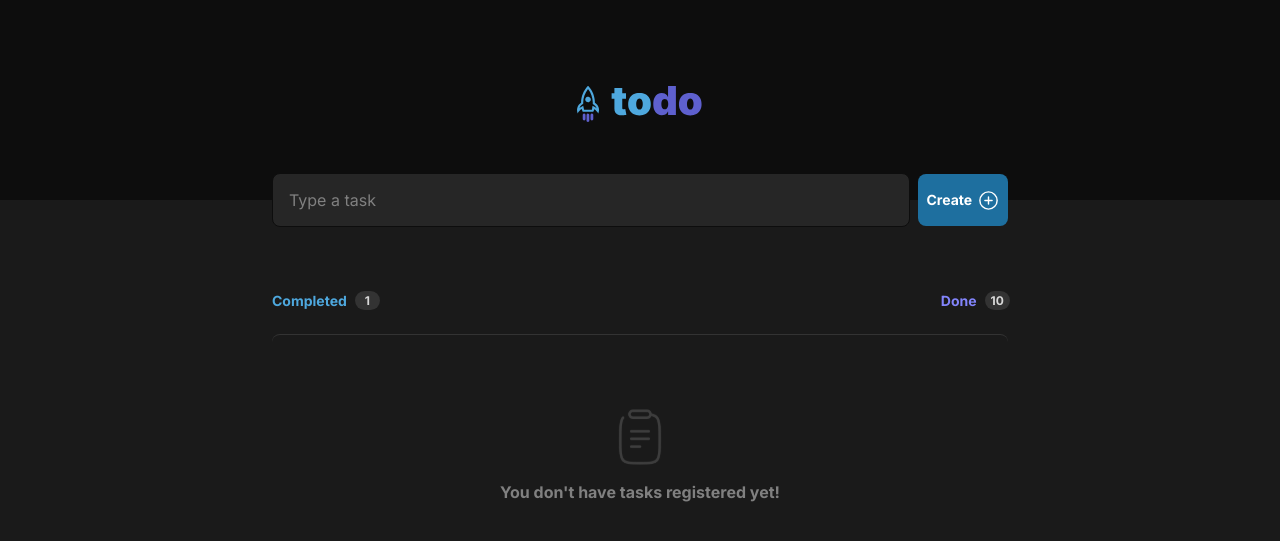
Repository: JoseGu1llardi/to-do-list-D01
Page: /
An editor plug-in stored every save of this project. The page is shown before and after the next save, followed by the edit.
The browser window is 1280 px wide. The pictures show the whole page.
The project was rebuilt for these pictures with package versions that can differ from the ones it lists, and the page was loaded fresh each time. Also part of the build but not shown: vite.config.ts.

Above is the page before, as saved 2023-03-11 19:14:44.

### index.html
<!DOCTYPE html>
<html lang="en">
  <head>
    <meta charset="UTF-8" />

    <link rel="preconnect" href="https://fonts.googleapis.com" />
    <link rel="preconnect" href="https://fonts.gstatic.com" crossorigin />

    <link
      href="https://fonts.googleapis.com/css2?family=Inter:wght@400;700&display=swap"
      rel="stylesheet"
    />

    <link rel="icon" type="image/svg+xml" href="/vite.svg" />
    <meta name="viewport" content="width=device-width, initial-scale=1.0" />
    <title>Vite + React + TS</title>
  </head>
  <body>
    <div id="root"></div>
    <script type="module" src="/src/main.tsx"></script>
  </body>
</html>

### src/App.tsx
import { Header } from "./components/Header"

import styles from './App.module.css';

import "./global.css"
import { Input } from "./components/Input";
import { Button } from "./components/Button";
import { Tasks } from "./components/Tasks";

function App() {
  return (
    <>
      <Header />

      <div className={styles.newTaskContainer}>
        <Input />
        <Button />
      </div>

      <div className={styles.tasksContainer}>
        <Tasks />
      </div>
    </>
  )
}

export default App

### src/components/Header/index.tsx
import Logo from '../../assets/Logo (1).svg'

import styles from './styles.module.css';

export function Header() {
    return (
        <header className={styles.container}>
            <img src={Logo} />
        </header>
    )
}

### src/App.module.css
.newTaskContainer {
  display: flex;
  flex-direction: row;
  align-items: center;
  padding: 0px;
  gap: 8px;

  position: absolute;
  width: 46rem;
  height: 3.375rem;
  left: calc(50% - 736px / 2);
  top: 10.8125rem;
}

.tasksContainer {
  display: flex;
  flex-direction: column;
  align-items: flex-start;
  padding: 0px;
  gap: 24px;

  position: absolute;
  width: 736px;
  height: 287px;
  left: calc(50% - 736px / 2);
  top: 291px;
}

### src/global.css
:root {
  // Base
  --gray-100: #f2f2f2;
  --gray-200: #d9d9d9;
  --gray-300: #808080;
  --gray-400: #333333;
  --gray-500: #262626;
  --gray-600: #1a1a1a;
  --gray-700: #0d0d0d;

  --danger: #e25858;

  // Product
  --purple: #8284fa;
  --dark-purple: #5e60ce;
  --blue: #4ea8de;
  --dark-blue: #1e6f9f;
}

* {
  margin: 0;
  padding: 0;
  box-sizing: border-box;
}

body {
  color: #fff;
  background: var(--gray-600);

  width: 100%;
  height: 100%;
  max-height: 1024px;
  position: relative;
}

body,
input,
textarea,
button {
  font-family: "Inter", sans-serif;
  font-weight: 400;
  font-size: 1rem;
}

### src/components/Input/index.tsx
import styles from './styles.module.css';

export function Input() {
    return (
        <input
            type="text"
            className={styles.input}
            placeholder='Type a task'
        />
    )
}

### src/components/Button/index.tsx
import { PlusCircle } from '@phosphor-icons/react'

import styles from './styles.module.css';

export function Button() {
    return (
        <button className={styles.button}>
            <span>Create</span>
            <PlusCircle size={23} />
        </button>
    )
}

### src/components/Tasks/index.tsx
import Clipboard from '../../assets/Clipboard.svg';

import styles from './styles.module.css';

export function Tasks() {
    return (
        <>
            <section className={styles.info}>

                <div className={styles.created}>
                    <span>Completed</span>
                    <div className={styles.counter}>
                        <p>1</p>
                    </div>
                </div>

                <div className={styles.done}>
                    <span>Done</span>
                    <div className={styles.counter}>
                        <p>10</p>
                    </div>
                </div>

            </section>

            <section className={styles.tasks}>
                <img src={Clipboard} alt="" />
                <p>
                    <strong>You don't have tasks registered yet!</strong>
                </p>
            </section>
        </>
    )
}

### src/components/Header/styles.module.css
.container {
  position: absolute;
  height: 12.5rem;
  max-width: 100%;
  left: 0;
  right: 0;
  top: 0;

  display: flex;
  align-items: center;
  justify-content: center;

  background: var(--gray-700);
}

.container img {
  position: absolute;
  width: 7.875rem;
  height: 3rem;
}

### src/components/Input/styles.module.css
.input {
  box-sizing: border-box;

  display: flex;
  flex-direction: row;
  align-items: center;
  padding: 16px;
  gap: 8px;

  width: 638px;
  height: 54px;

  background: var(--gray-500);
  color: #fff;

  border: 1px solid var(--gray-700);
  border-radius: 8px;

  flex: none;
  order: 0;
  flex-grow: 1;
}

.input::placeholder {
  color: var(--gray-300);
}

### src/components/Button/styles.module.css
.button {
  width: 90px;
  height: 52px;

  display: flex;
  flex-direction: row;
  align-items: center;
  justify-content: center;
  gap: 16px;

  border: 0;
  border-radius: 8px;

  background: var(--dark-blue);
  color: white;
}

.button span {
  width: 34px;
  height: 20px;

  font-weight: 700;
  font-size: 14px;
  line-height: 140%;

  color: var(--gray-100);

  flex: none;
  order: 0;
  flex-grow: 0;
}

.button img {
  width: 16px;
  height: 16px;

  flex: none;
  order: 1;
  flex-grow: 0;
}

### src/components/Tasks/styles.module.css
.info {
  display: flex;
  flex-direction: row;
  justify-content: space-between;
  align-items: flex-end;
  padding: 0px;
  gap: 561px;

  width: 736px;
  height: 19px;

  flex: none;
  order: 0;
  align-self: stretch;
  flex-grow: 0;
}

.created {
  display: flex;
  flex-direction: row;
  align-items: center;
  padding: 0px;
  gap: 8px;

  width: 139px;
  height: 19px;

  order: 0;
  flex-grow: 0;
}

.created span {
  font-family: "Inter";
  font-style: normal;
  font-weight: 700;
  font-size: 14px;
  line-height: 17px;

  color: var(--blue);

  flex: none;
  order: 0;
  flex-grow: 0;
}

.counter {
  display: flex;
  flex-direction: row;
  justify-content: center;
  align-items: center;
  padding: 2px 8px;
  gap: 10px;

  width: 25px;
  height: 19px;

  background: #333333;
  border-radius: 999px;

  order: 1;
  flex-grow: 0;
}

.counter p {
  font-style: normal;
  font-weight: 700;
  font-size: 12px;
  line-height: 15px;

  color: var(--gray-200);

  order: 1;
  flex-grow: 0;
}

.done {
  display: flex;
  flex-direction: row;
  align-items: center;
  padding: 0px;
  gap: 8px;

  width: 111px;
  height: 19px;
  right: -200;

  order: 1;
  flex-grow: 0;
}

.done span {
  font-family: "Inter";
  font-style: normal;
  font-weight: 700;
  font-size: 14px;
  line-height: 17px;

  color: #8284fa;

  flex: none;
  order: 0;
  flex-grow: 0;
}

.tasks {
  box-sizing: border-box;

  display: flex;
  flex-direction: column;
  justify-content: center;
  align-items: center;
  padding: 64px 24px;
  gap: 16px;

  width: 736px;
  height: 244px;

  border-top: 1px solid #333333;
  border-radius: 8px;

  flex: none;
  order: 1;
  align-self: stretch;
  flex-grow: 0;
}

.tasks img {
  width: 56px;
  height: 56px;

  flex: none;
  order: 0;
  flex-grow: 0;
}

.tasks strong {
  font-style: normal;
  font-weight: 700;
  font-size: 16px;
  line-height: 140%;

  text-align: center;

  color: var(--gray-300);

  flex: none;
  order: 1;
  align-self: stretch;
  flex-grow: 0;
}

Loaded but not shown: src/main.tsx (common file)

After the next save:
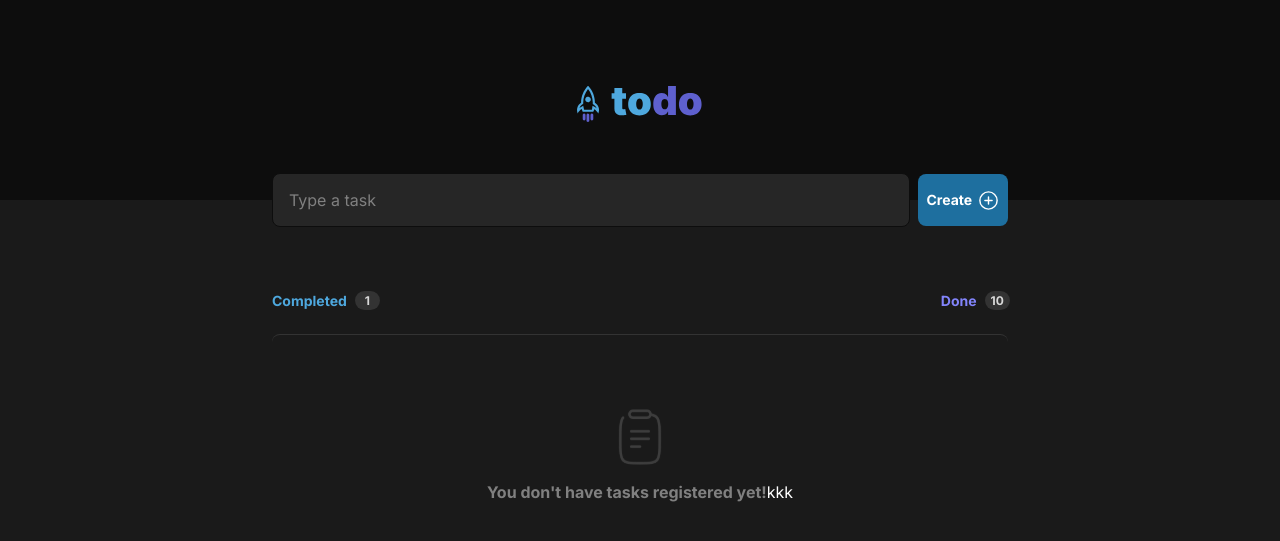
Saved 8 s later.
--- a/src/components/Tasks/index.tsx
+++ b/src/components/Tasks/index.tsx
@@ -27,6 +27,7 @@ export function Tasks() {
                 <img src={Clipboard} alt="" />
                 <p>
                     <strong>You don't have tasks registered yet!</strong>
+                    kkk
                 </p>
             </section>
         </>

After the save that followed:
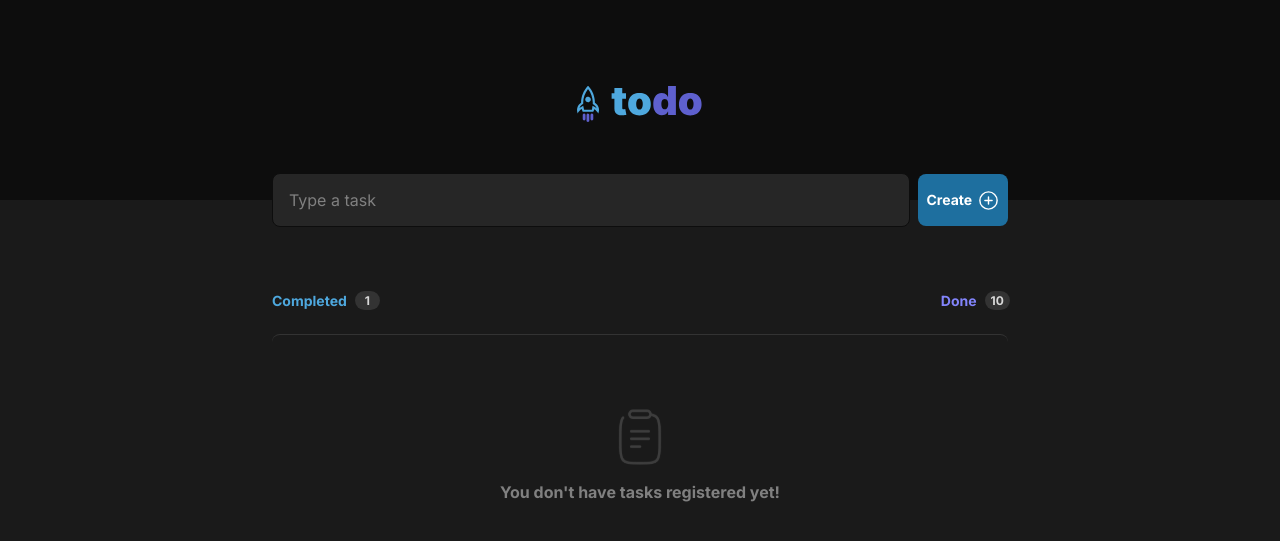
Saved 39 s later.
--- a/src/components/Tasks/index.tsx
+++ b/src/components/Tasks/index.tsx
@@ -25,10 +25,10 @@ export function Tasks() {
 
             <section className={styles.tasks}>
                 <img src={Clipboard} alt="" />
-                <p>
+                <div>
                     <strong>You don't have tasks registered yet!</strong>
-                    kkk
-                </p>
+
+                </div>
             </section>
         </>
     )
